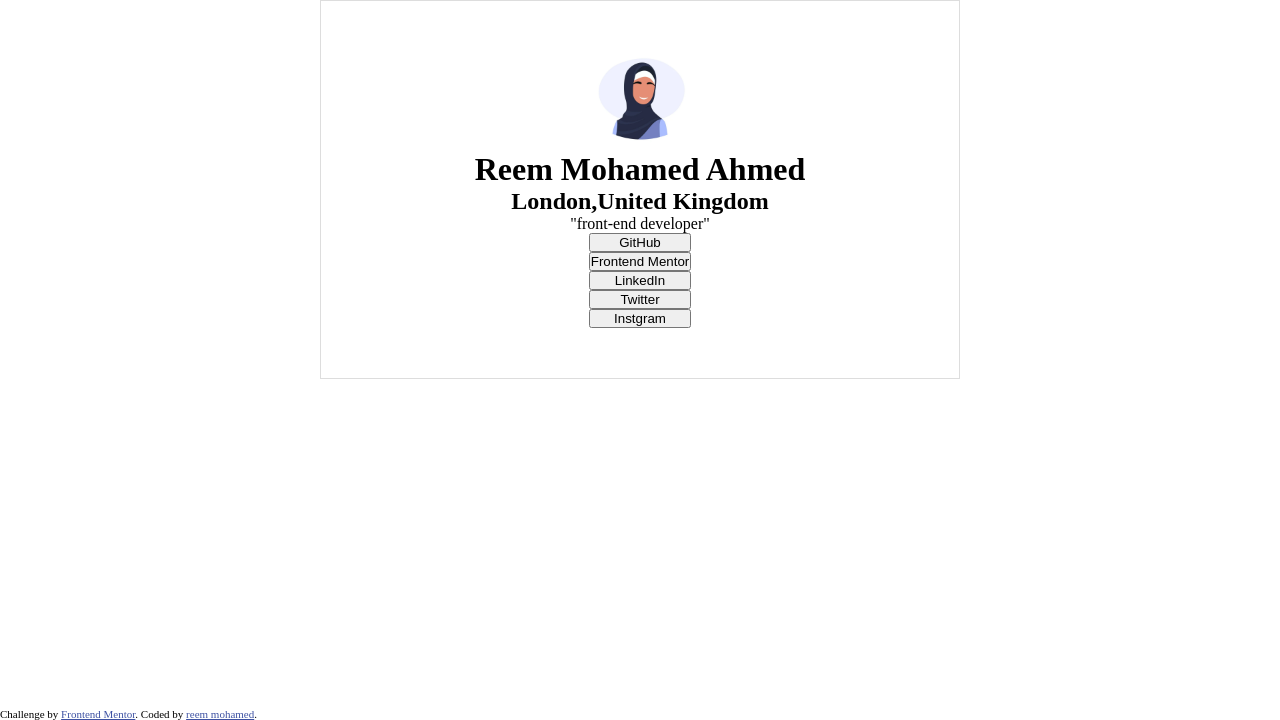
Repository: reemoon-ctrl/social_links_profile_main
Page: index.html
The author's editor kept a copy of each file at every save. The page is drawn from the files as they stood at one save, then again after the next save.
The browser window is 1280 px wide. The pictures show the whole page.

Above is the page before, as saved 2024-07-23 10:11:11.

After the next save:
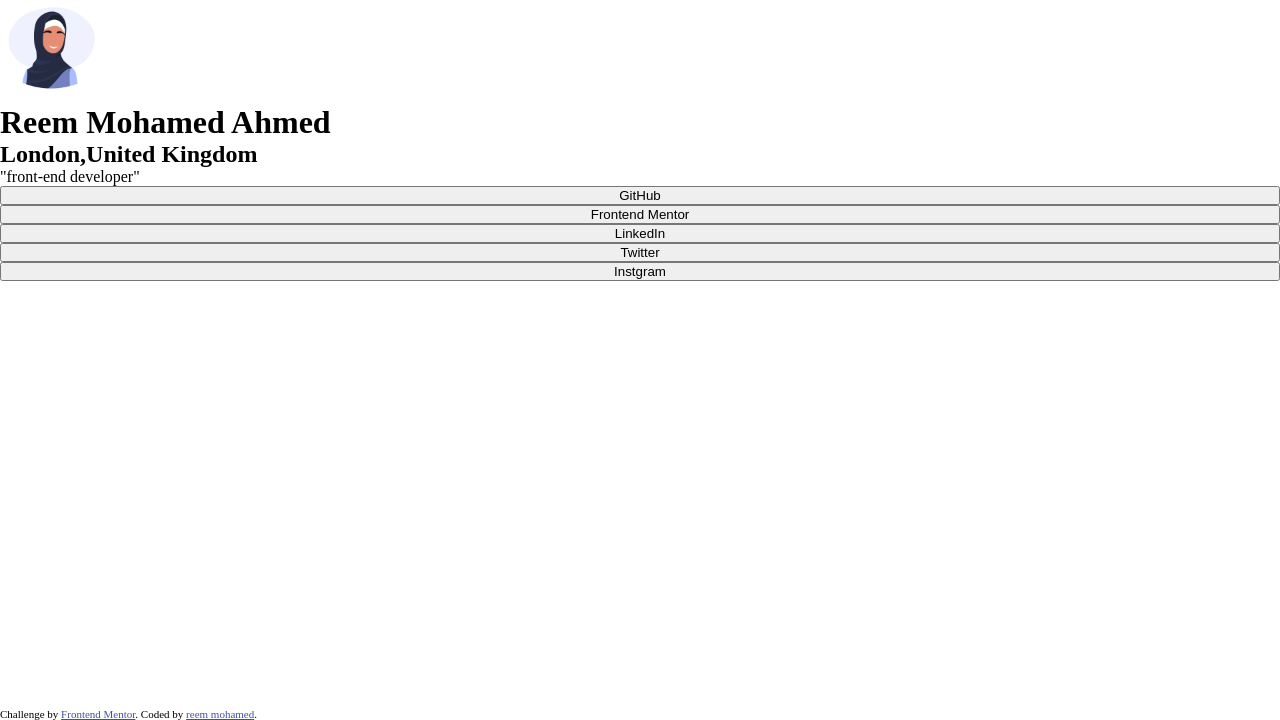
Saved 17 s later.
--- a/index.html
+++ b/index.html
@@ -17,7 +17,7 @@
 </head>
 <body>
   <main>
-    <div class="main-container">
+    <div class="-container">
       <div></div>
       <!-- <div class="head-container"> -->
       <img src="/depositphotos_668859444-stock-illustration-arab-woman-face-covered-hijab.jpg" alt="person-img">
